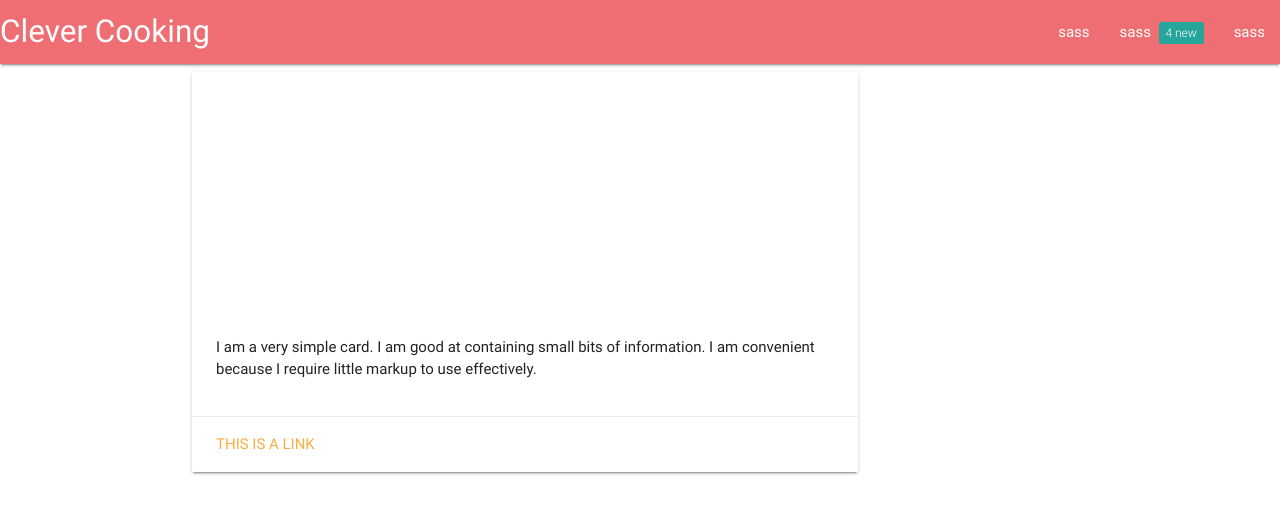
Repository: Code-Institute-Submissions/online-recipe-cookbook
Page: templates/show_recipe.html
The author's editor kept a record of every edit. The page is drawn from the files as they stood at one moment, then again after the next edit.
The browser window is 1280 px wide. The pictures show the whole page.
Some web libraries are served in a nearby version. The page is served by the project's application, run on Flask 3 (app.py). The template is opened directly, without the code that normally fills it, so the values that code supplies are empty.

Above is the page before.

After the next edit:
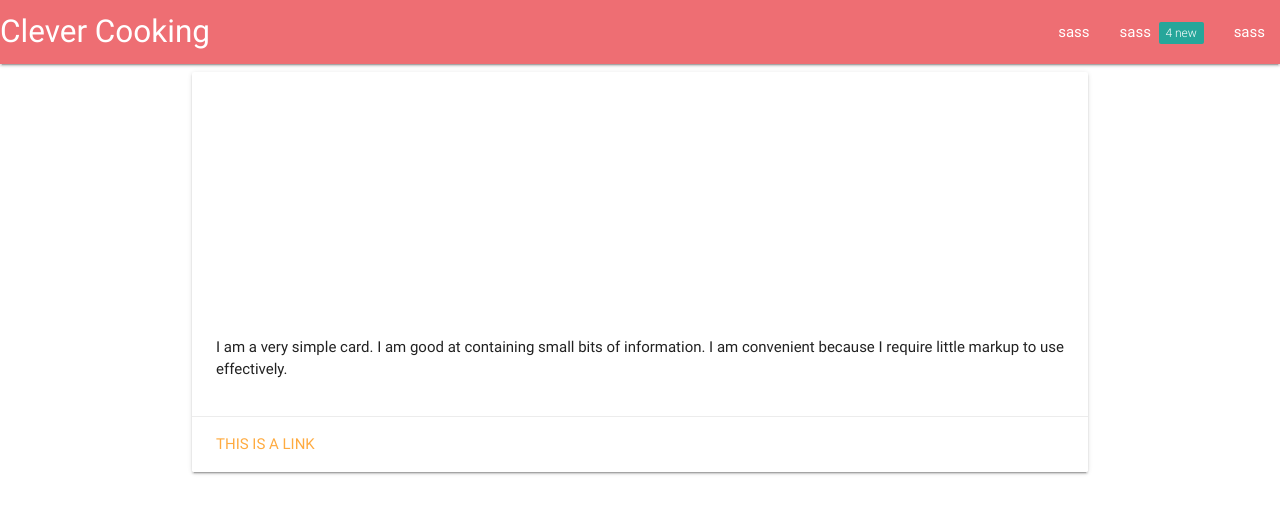
The edit:
--- a/templates/show_recipe.html
+++ b/templates/show_recipe.html
@@ -8,7 +8,7 @@
     <body>
        <div class="container">
     <div class="row">
-    <div class="col s9 m9 centre-align">
+    <div class="col s12 m12 centre-align">
       <div class="card medium">
         <div class="card-image" style="height: 300px">
           <img src="{{recipe.image_link}}">
